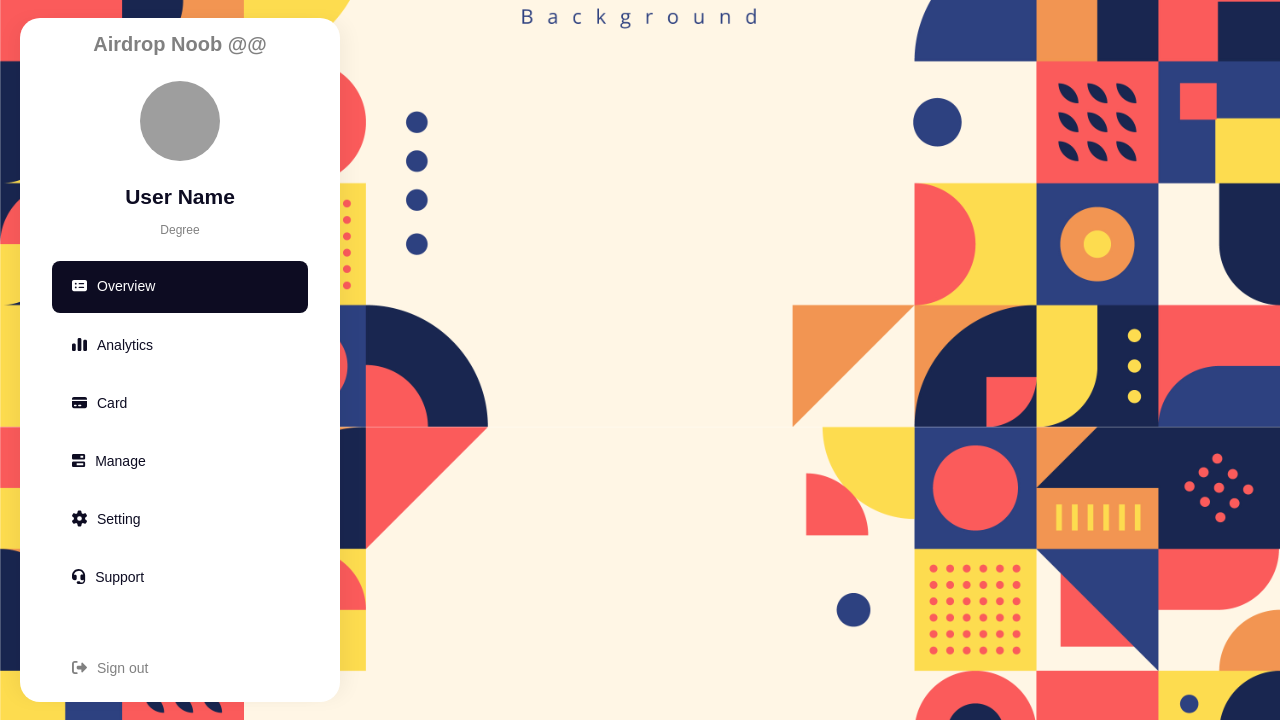
Repository: conGaStuer/airdropmamager
Page: /
The author's editor kept a copy of each file at every save. The page is drawn from the files as they stood at one save, then again after the next save.
The browser window is 1280 px wide. The pictures show the whole page.
Pictures or frames that could not be fetched are drawn as grey boxes. The project was rebuilt for these pictures with package versions that can differ from the ones it lists, and the page was loaded fresh each time. The framework's server and built-in components were replaced by stand-ins that run in the browser. Also part of the build but not shown: next.config.ts.

Above is the page before, as saved 2025-05-25 20:02:41.

### src/app/layout.tsx
import type { Metadata } from "next";
import { Geist, Geist_Mono } from "next/font/google";
import "../styles/globals.css";
import "../lib/fontawesome";
const geistSans = Geist({
  variable: "--font-geist-sans",
  subsets: ["latin"],
});

const geistMono = Geist_Mono({
  variable: "--font-geist-mono",
  subsets: ["latin"],
});

export const metadata: Metadata = {
  title: "Create Next App",
  description: "Generated by create next app",
};

export default function RootLayout({
  children,
}: Readonly<{
  children: React.ReactNode;
}>) {
  return (
    <html lang="en">
      <body
        className={`${geistSans.variable} ${geistMono.variable} antialiased`}
      >
        {children}
      </body>
    </html>
  );
}

### src/app/page.tsx
import Link from "next/link";
import SideBar from "../components/SideBar";
export default function Home() {
  return (
    <div className="home">
      {/* <Link href="/airdrops">
        <button>Đi đến trang Airdrops</button>
      </Link> */}
      <SideBar />
    </div>
  );
}

### src/styles/globals.css
@tailwind base;
@tailwind components;
@tailwind utilities;

:root {
  --background: #ffffff;
  --foreground: #171717;
}

@media (prefers-color-scheme: dark) {
  :root {
    --background: #0a0a0a;
    --foreground: #ededed;
  }
}

body {
  color: var(--foreground);
  background: var(--background);
  font-family: Arial, Helvetica, sans-serif;
  background-image: url("../styles/bg.jpg");
  background-size: cover;
  background-position: center;
}

### src/lib/fontawesome.js
// src/lib/fontawesome.js
import { config } from "@fortawesome/fontawesome-svg-core";
import "@fortawesome/fontawesome-svg-core/styles.css";
config.autoAddCss = false; // ⛔️ Ngăn tự thêm CSS vì Next.js xử lý riêng

### src/components/SideBar.js
import React from "react";
import "../styles/sideBar.scss";
import { FontAwesomeIcon } from "@fortawesome/react-fontawesome";
import {
  faEdit,
  faTrash,
  faRectangleList,
  faChartSimple,
  faCreditCard,
  faBarsProgress,
  faGear,
  faHeadset,
  faRightFromBracket,
} from "@fortawesome/free-solid-svg-icons";

export default function SideBar() {
  return (
    <div className="side-bar">
      <div className="side-info">
        <h4>Airdrop Noob @@</h4>
        <div className="user-profile">
          <img src="/path/to/image.jpg" />
          <h4>User Name</h4>
          <p>Degree</p>
        </div>
      </div>
      <div className="side-menu">
        <div className="menu-element menu-element1">
          <FontAwesomeIcon icon={faRectangleList} className="icon" />
          <span>Overview</span>
        </div>
        <div className="menu-element">
          <FontAwesomeIcon icon={faChartSimple} className="icon" />
          <span>Analytics</span>
        </div>
        <div className="menu-element">
          <FontAwesomeIcon icon={faCreditCard} className="icon" />
          <span>Card</span>
        </div>
        <div className="menu-element">
          <FontAwesomeIcon icon={faBarsProgress} className="icon" />
          <span>Manage</span>
        </div>
        <div className="menu-element">
          <FontAwesomeIcon icon={faGear} className="icon" />
          <span>Setting</span>
        </div>
        <div className="menu-element">
          <FontAwesomeIcon icon={faHeadset} className="icon" />

          <span>Support</span>
        </div>
      </div>
      <div className="side-logout">
        <FontAwesomeIcon icon={faRightFromBracket} className="icon" />
        <span>Sign out</span>
      </div>
    </div>
  );
}

### src/styles/sideBar.scss
@mixin center-div {
  display: flex;
  flex-direction: column;
  justify-content: space-between;
  align-items: center;
}
@mixin no-space-text {
  margin: 0px;
  padding: 0px;
}
.side-bar {
  @include center-div();
  width: 25%;
  height: 95vh;
  position: fixed;
  top: 2.5%;
  left: 20px;
  border-radius: 20px;
  background-color: white;
  color: #808080;
  box-shadow: 10px 0 20px -5px rgba(0, 0, 0, 0.05),
    -10px 0 20px -5px rgba(0, 0, 0, 0.05);
  .icon {
    font-size: 15px;
    margin-right: 10px;
    position: relative;
    top: -1px;
  }
  .side-info {
    width: 80%;
    height: 34%;
    display: flex;
    flex-direction: column;
    justify-content: space-around;
    align-items: center;

    h4 {
      @include no-space-text();
      font-size: 20px;
      font-weight: bold;
    }
    .user-profile {
      width: 75%;
      height: 68%;
      @include center-div();

      img {
        width: 80px;
        height: 80px;
        border-radius: 50%;
      }
      h4 {
        font-size: 21px;
        font-weight: bold;
        @include no-space-text();
        position: relative;
        top: 5px;
        color: #0d0c22;
      }
      p {
        @include no-space-text();
        font-size: 12px;
        position: relative;
      }
    }
  }
  .side-menu {
    width: 80%;
    height: 50%;
    @include center-div();
    position: relative;
    top: -15px;
    .menu-element {
      width: 100%;
      height: 15%;
      background-color: white;
      border-radius: 8px;
      font-size: 14px;
      display: flex;
      align-items: center;
      padding: 20px;
      color: #0d0c22;
    }
    .menu-element1 {
      background-color: #0d0c22;
      color: white;
    }
  }
  .side-logout {
    width: 80%;
    height: 7%;
    display: flex;
    align-items: center;
    padding: 20px;
    margin-bottom: 10px;
    span {
      font-size: 14px;
    }
  }
}

Loaded but not shown: tailwind.config.ts (common file)

After the next save:
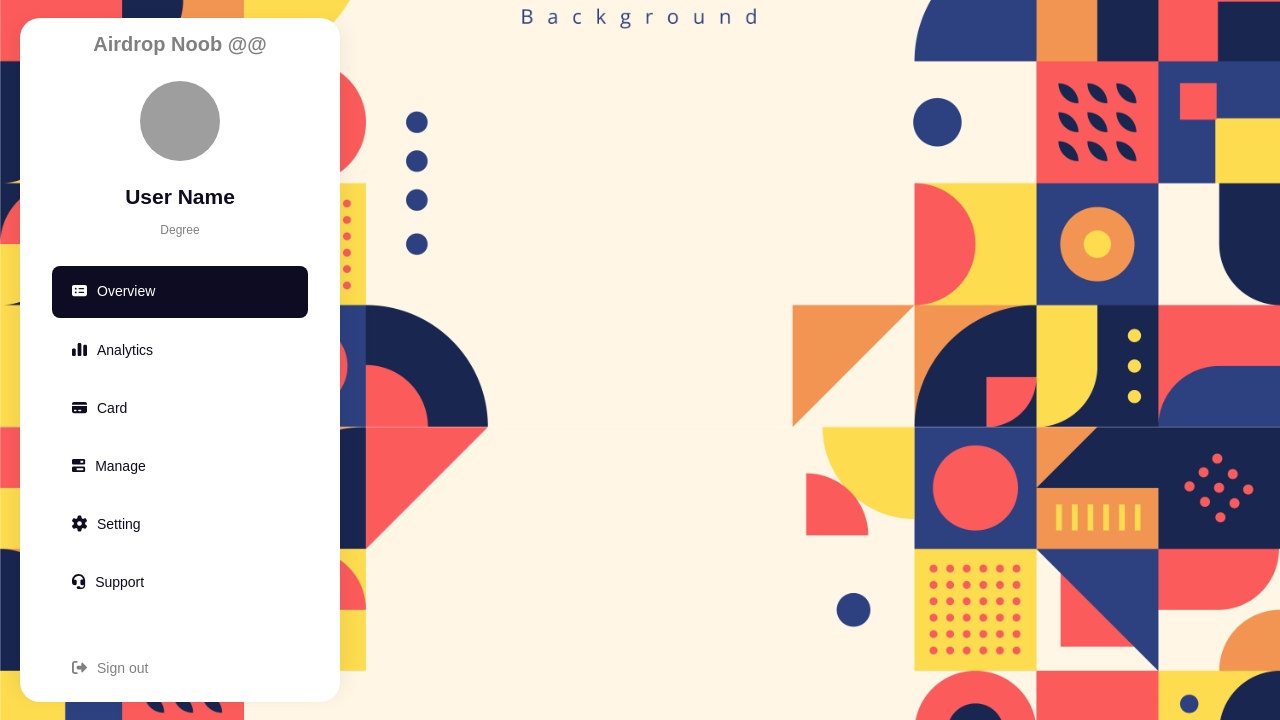
Saved 4 s later.
--- a/src/styles/sideBar.scss
+++ b/src/styles/sideBar.scss
@@ -69,7 +69,7 @@
     height: 50%;
     @include center-div();
     position: relative;
-    top: -15px;
+    top: -10px;
     .menu-element {
       width: 100%;
       height: 15%;
